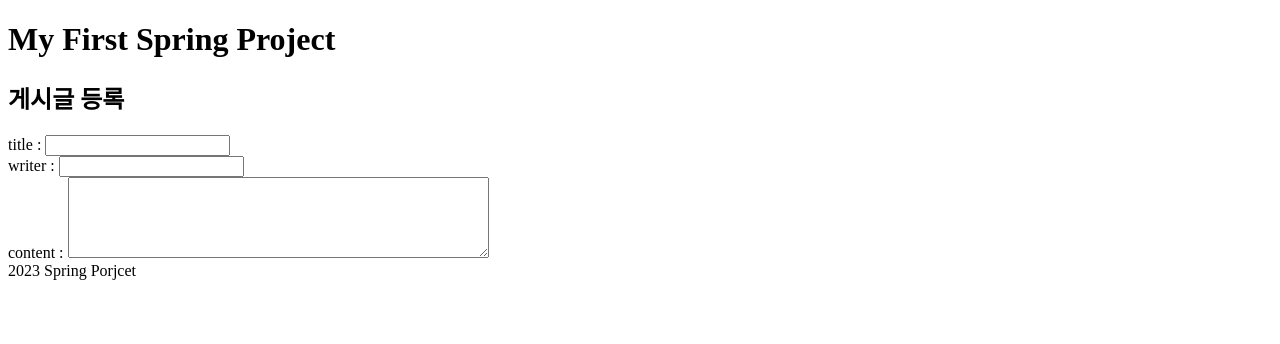
Repository: Leesunghoon1/homeSTS
Page: http://localhost/spring_test/WEB-INF/views/board/register.jsp
These files come from the project's save history. The page is drawn as it stood at one moment and after the next save; the edit follows.
The browser window is 1280 px wide. The pictures show the whole page.
The page is served by Tomcat 9. Nobody is signed in. Other server files are loaded and not shown. The template is opened directly, without the code that normally fills it, so the values that code supplies are empty.

Above is the page before, as saved 2023-10-11 18:36:50.

### spring_test/src/main/webapp/WEB-INF/views/board/register.jsp
<%@ page language="java" contentType="text/html; charset=UTF-8"
    pageEncoding="UTF-8"%>
    <%@ taglib uri="http://java.sun.com/jsp/jstl/core" prefix="c" %>
<!DOCTYPE html>
<html>
<head>
<meta charset="UTF-8">
<title>Insert title here</title>
</head>
<body>
<jsp:include page="../layout/header.jsp"></jsp:include>
<h2> 게시글 등록 </h2>
<!-- mapping 상태는 get / post 가 별도의 mapping을 가짐 -->
<form action="/board/register" method="post">

	title : <input type="text" name="title"><br>
	writer : <input type="text" name="writer"><br>
	content : <textarea rows="5" cols="50" name="content"></textarea><br>


</form>

<jsp:include page="../layout/footer.jsp"></jsp:include>
</body>
</html>

### spring_test/src/main/webapp/WEB-INF/views/layout/header.jsp
<%@ page language="java" contentType="text/html; charset=UTF-8"
    pageEncoding="UTF-8"%>
    <%@ taglib uri="http://java.sun.com/jsp/jstl/core" prefix="c" %>
<!DOCTYPE html>
<html>
<head>
<meta charset="UTF-8">
<title>Insert title here</title>
</head>
<body>
<h1> My First Spring Project </h1>

### spring_test/src/main/webapp/WEB-INF/views/layout/footer.jsp
<%@ page language="java" contentType="text/html; charset=UTF-8"
    pageEncoding="UTF-8"%>

<div>
2023 Spring Porjcet
</div>
</body>
</html>

After the next save:
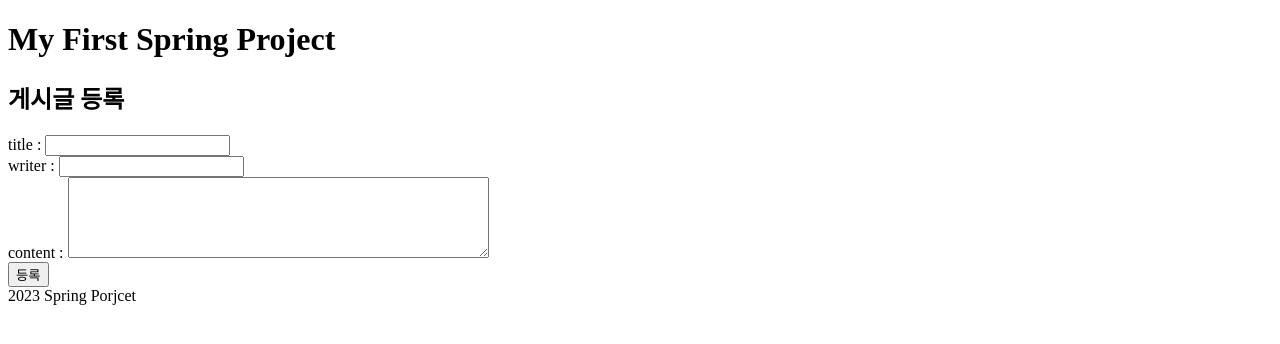
Saved 6 s later.
--- a/spring_test/src/main/webapp/WEB-INF/views/board/register.jsp
+++ b/spring_test/src/main/webapp/WEB-INF/views/board/register.jsp
@@ -16,7 +16,7 @@
 	title : <input type="text" name="title"><br>
 	writer : <input type="text" name="writer"><br>
 	content : <textarea rows="5" cols="50" name="content"></textarea><br>
-
+		<button type="submit">등록</button>
 
 </form>
 
